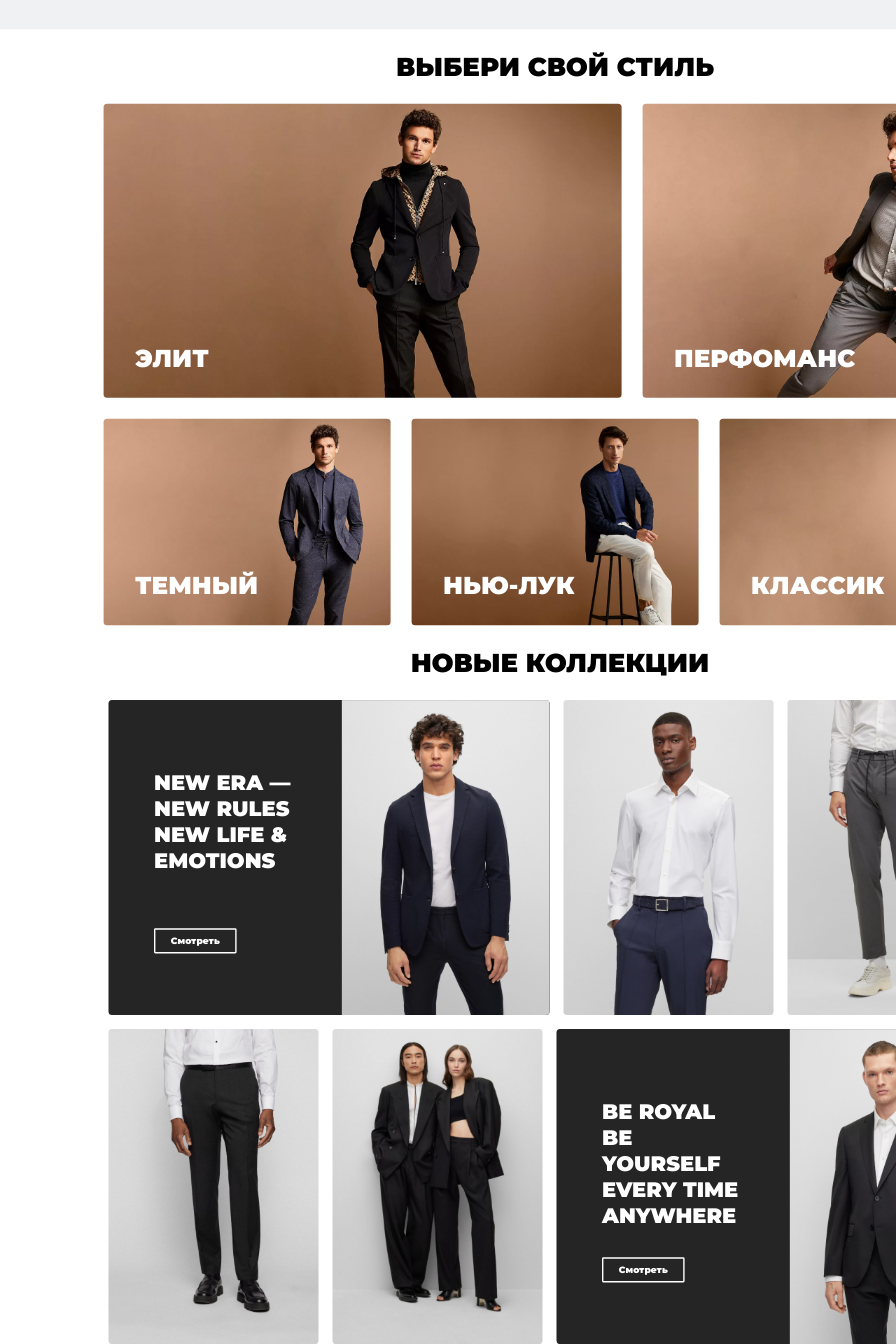
Repository: MaksimKrupkin/SigmaEllegance
Page: /
The author's editor kept a copy of each file at every save. The page is drawn from the files as they stood at one save, then again after the next save.
The browser window is 1280 px wide. The pictures show the part of the page from y = 1343 to 3263 px (the page is 3263 px tall), at 70% of full size.
Some web fonts or font styles are not loaded; a fallback is used. The project was rebuilt for these pictures with package versions that can differ from the ones it lists, and the page was loaded fresh each time.

Above is the page before, as saved 2023-11-23 23:26:42.

After the next save:
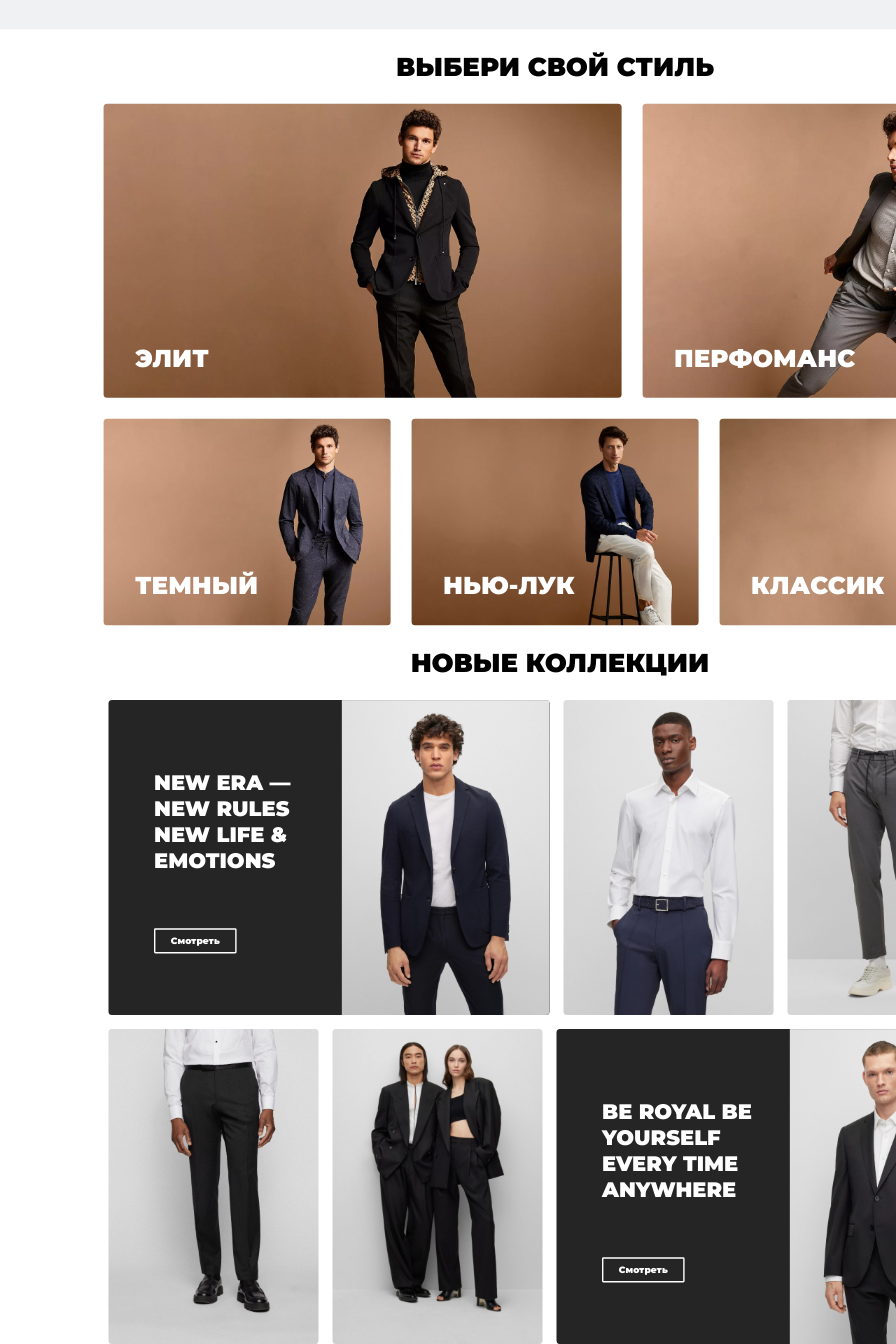
Saved 34 s later.
--- a/src/Components/Collections/Collections.module.css
+++ b/src/Components/Collections/Collections.module.css
@@ -51,7 +51,7 @@
   position: relative;
   top: 70px;
   left: 65px;
-  width: 195px;
+  width: 215px;
   height: 148px;
   color: #fff;
   font-family: Montserrat;
